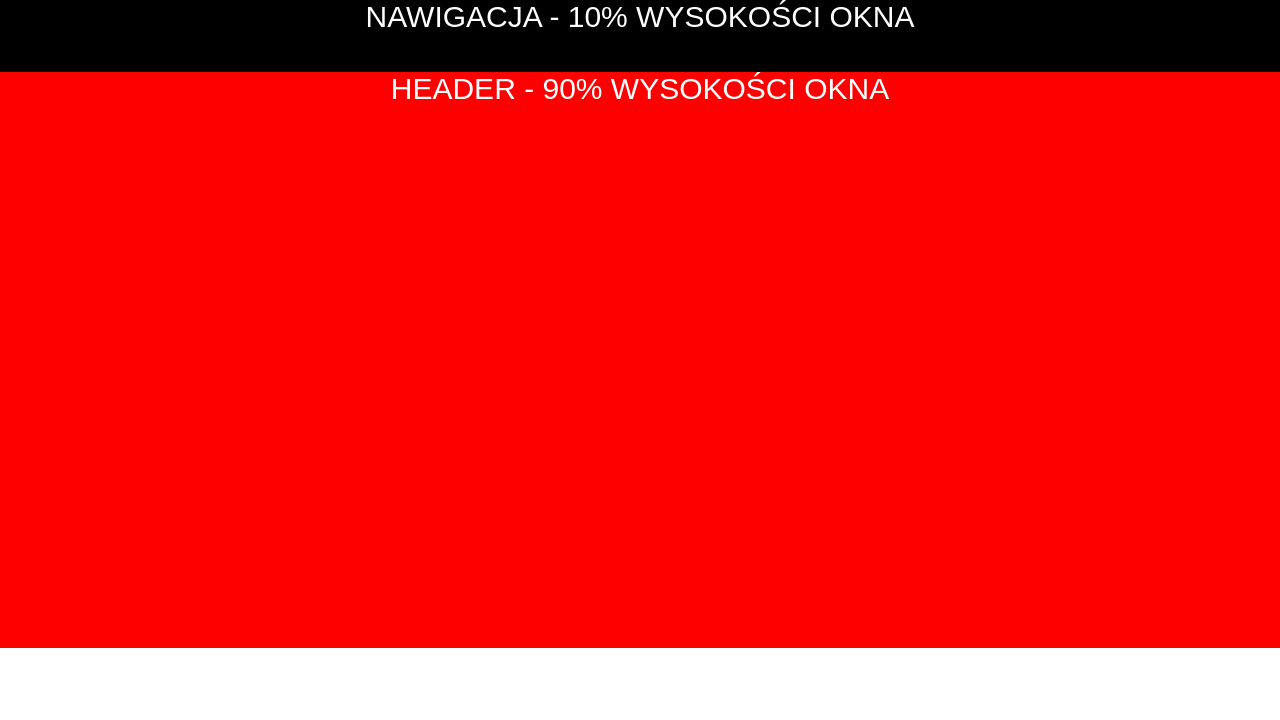
Repository: jasonj2333/advance_CSS
Page: 01-Header, Nav/start.html
An editor plug-in stored every save of this project. The page is shown before and after the next save, followed by the edit.
The browser window is 1280 px wide. The pictures show the whole page.

Above is the page before, as saved 2019-04-23 18:31:29.

### 01-Header, Nav/start.html
<!DOCTYPE html>
<html lang="pl">

<head>
    <meta charset="UTF-8">
    <title>Najeżdzanie na header, nav przypięty</title>
    <style>
        * {
            margin: 0;
            padding: 0;
            box-sizing: border-box;
        }

        html {
            text-align: center;
            color: white;
            font-size: 30px;
            text-transform: uppercase;
            font-family: arial;

        }

        nav {
            background-color: #000;
            height: 10vh;
            width: 100%;
            position: fixed;
        }

        header {
            background-color: rgb(255, 0, 0);
            padding-top: 10vh;
            height: 90vh;
        }
    </style>
</head>

<body>
    <nav>
        Nawigacja - 10% wysokości okna
    </nav>
    <header>
        Header - 90% wysokości okna
    </header>
    <main>
        Główna zawartość - 100% wysokości okna
    </main>
</body>

</html>

After the next save:
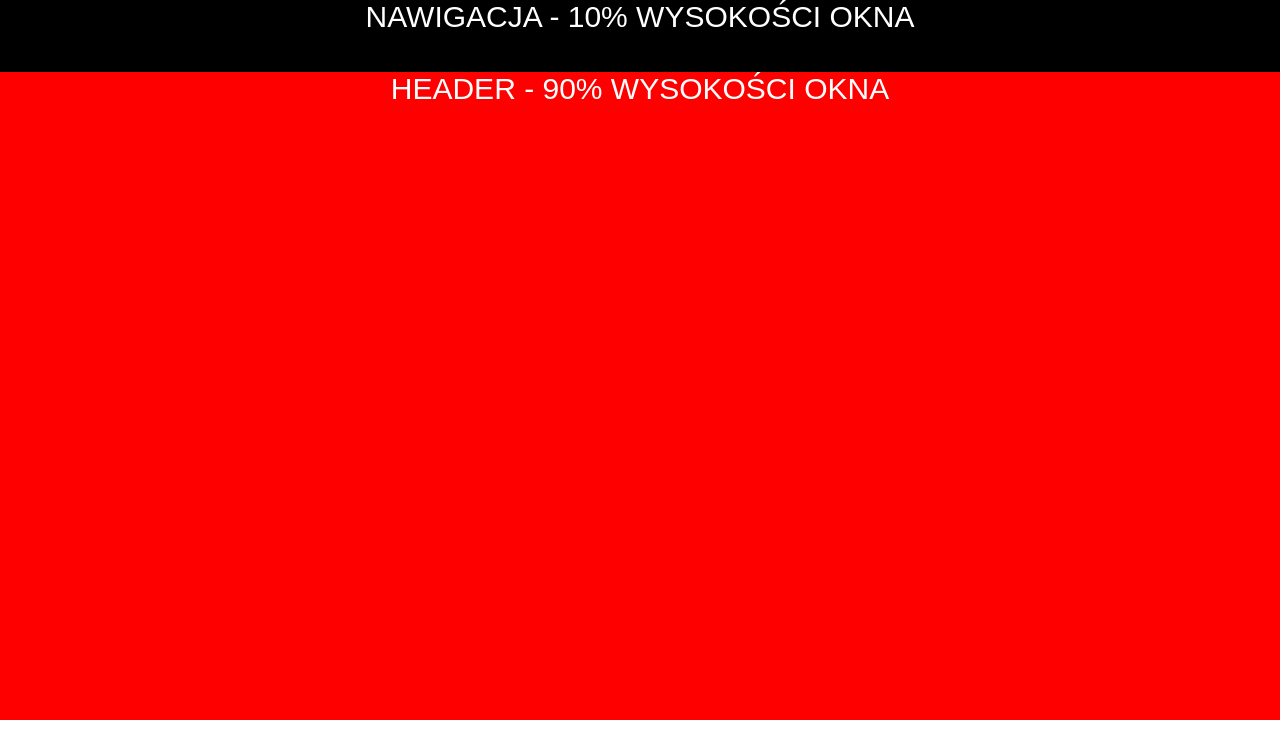
Saved 27 s later.
--- a/01-Header, Nav/start.html
+++ b/01-Header, Nav/start.html
@@ -30,7 +30,7 @@
         header {
             background-color: rgb(255, 0, 0);
             padding-top: 10vh;
-            height: 90vh;
+            height: 100vh;
         }
     </style>
 </head>
